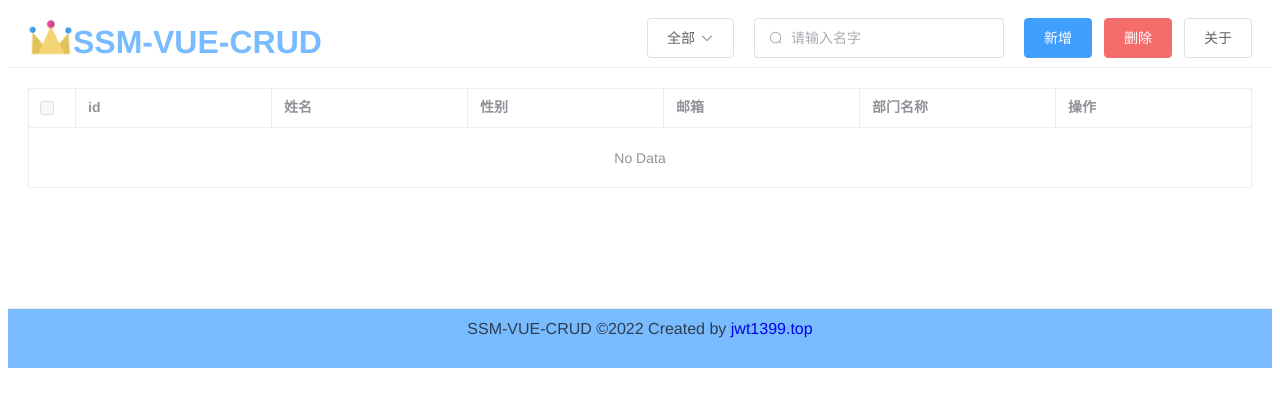
Repository: jwt1399/ssm-vue-crud
Page: / (app in ssm-crud-front/)
An editor plug-in stored every save of this project. The page is shown before and after the next save, followed by the edit.
The browser window is 1280 px wide. The pictures show the whole page.
The project was rebuilt for these pictures with package versions that can differ from the ones it lists, and the page was loaded fresh each time. Also part of the build but not shown: ssm-crud-front/vue.config.js.

Above is the page before, as saved 2022-06-09 12:50:42.

### ssm-crud-front/public/index.html
<!DOCTYPE html>
<html lang="zh-Hans">
  <head>
    <meta charset="utf-8">
    <meta http-equiv="X-UA-Compatible" content="IE=edge">
    <meta name="viewport" content="width=device-width,initial-scale=1.0">
    <link rel="icon" href="<%= BASE_URL %>favicon.png">
    <title><%= htmlWebpackPlugin.options.title %></title>
  </head>
  <body>
    <noscript>
      <strong>We're sorry but <%= htmlWebpackPlugin.options.title %> doesn't work properly without JavaScript enabled. Please enable it to continue.</strong>
    </noscript>
    <div id="app"></div>
    <!-- built files will be auto injected -->
  </body>
</html>

### ssm-crud-front/src/main.js
import { createApp } from 'vue'
import App from './App.vue'
import router from './router'
import ElementPlus from 'element-plus'
import 'element-plus/dist/index.css'
import * as ElementPlusIconsVue from '@element-plus/icons-vue'

const app = createApp(App)

//配置全局icon
for (const [key, component] of Object.entries(ElementPlusIconsVue)) {
    app.component(key, component)
  }

app.use(router).use(ElementPlus).mount('#app')

### ssm-crud-front/src/App.vue
<template>
  <Header/>
  <router-view/>
  <Footer/>
</template>

<script>
import Header from '@/components/Header.vue'
import Footer from '@/components/Footer.vue'
export default {
    components: {
        Header,
        Footer,
    }
}
</script>

<style>
#app {
  font-family: Avenir, Helvetica, Arial, sans-serif;
  -webkit-font-smoothing: antialiased;
  -moz-osx-font-smoothing: grayscale;
  text-align: center;
  color: #2c3e50;
}
</style>

### ssm-crud-front/src/router/index.js
import { createRouter, createWebHashHistory } from 'vue-router'
import CrudView from '../views/CrudView.vue'
const routes = [
  {
    path: '/',
    name: 'home',
    component: CrudView
  },
  {
    path: '/about',
    name: 'about',
    // route level code-splitting
    // this generates a separate chunk (about.[hash].js) for this route
    // which is lazy-loaded when the route is visited.
    component: () => import(/* webpackChunkName: "about" */ '../views/AboutView.vue')
  }
]

const router = createRouter({
  history: createWebHashHistory(),
  routes
})

export default router

### ssm-crud-front/src/components/Header.vue
<template>
 <el-header class="header">
    <div class="nav">
        <a href="/" class="nav-link">
            <img src="../assets/favicon.png" alt="logo" class="nav-logo">
            <h1 class="nav-title ">SSM-VUE-CRUD</h1>
        </a>
    </div>
    <div class="nav-item">
        <el-dropdown>
            <el-button size="large">
                全部
                <el-icon class="el-icon--right">
                    <arrow-down />
                </el-icon>
            </el-button>
            <template #dropdown>
                <el-dropdown-menu>
                    <el-dropdown-item>Action 1</el-dropdown-item>
                    <el-dropdown-item>Action 2</el-dropdown-item>
                </el-dropdown-menu>
            </template>
        </el-dropdown>

        <div class="nav-search">
            <el-input
            placeholder="请输入名字"
            v-model="search"
            size="large"
            @change="searchChange"
            clearable >
                <template #prefix>
                    <el-icon class="el-input__icon"><search /></el-icon>
                </template>
            </el-input>

        </div>
        <el-button type="primary" size="large" @click="addEmployee()">新增</el-button>
        <el-button type="danger" size="large" @click="batchDeleteEmployee()">删除</el-button>
        <!-- <router-link to='/about'> -->
        <el-button type="default" size="large" @click="skipAbout()">关于</el-button>
        <!-- </router-link> -->
    </div>
</el-header>
</template>

<script>
import { useRouter } from 'vue-router'

export default {
    name: 'Header',
    setup() {
        const router = useRouter()
        const skipAbout = ()=>{
        // window.location.href='#/about';
        // router.push({path:'about'})
        router.push({ name: 'about'})
        }
        return {
            skipAbout,
        }
    },

}


</script>



<style scoped>
.nav-logo {
	height: 45px;
	width: 45px;
	vertical-align: middle;
	display: inline-block;
}

.nav-title {
	font-size: 2rem;
	display: inline-block;
	vertical-align: middle;
	color: #79bbff;
	padding-top: 10px;
}

.nav-item {
	display: flex;
	align-items: center;
}

.nav-search {
	width: 250px;
	margin: 0 20px;
}

.header {
	display: flex;
	align-items: center;
	justify-content: space-between;
	width: 100%;
	border-bottom: 1px solid #eee;
	min-width: 800px;
}



</style>

### ssm-crud-front/src/components/Footer.vue
<template>
<el-footer class="footer">
    <span>SSM-VUE-CRUD ©2022 Created by </span>
    <a href="https://jwt1399.top" style="text-decoration: none;"> jwt1399.top</a>
 </el-footer>
</template>


<script>
export default{
    name:'Footer',
}
</script>

 <style scoped>
.footer {
    text-align: center;
    position: relative;
     margin-top: 60px; /*等于footer的高度 */
    height: 60px;
    background: #79bbff;
    border-top:1px solid #E7E7E7;
    line-height: 40px;


}

</style>

### ssm-crud-front/src/views/CrudView.vue
<template>
    <Form/>
</template>


<script>
import Form from '@/components/Form.vue'
export default {
    name: 'CrudView',
    components: {
        Form,
    }
}
</script>

### ssm-crud-front/src/components/Form.vue
  <template>
    <el-main>
        <div class="data-table">
            <el-table :data="employeeList" border style="width: 100%" v-loading="loading"
                @selection-change="handleSelectionChange">
                <el-table-column type="selection"></el-table-column>
                <el-table-column prop="empId" label="id"></el-table-column>
                <el-table-column prop="empName" label="姓名"></el-table-column>
                <el-table-column prop="gender" label="性别" :formatter="formatterSex"></el-table-column>
                <el-table-column prop="email" label="邮箱"></el-table-column>
                <el-table-column prop="department.deptName" label="部门名称"></el-table-column>

                <el-table-column label="操作">
                    <el-button type="primary" size="large" :icon="Edit" @click="handleEdit(scope.$index, scope.row)"
                        circle>
                    </el-button>

                    <el-button type="danger" size="large" :icon="Delete" @click="handleDelete(scope.$index, scope.row)"
                        circle>
                    </el-button>
                </el-table-column>
            </el-table>
        </div>
        <div class="table-pagination">
            <el-pagination v-model:current-page="pageNum" v-model:page-size="pageSize" :page-sizes="[5, 10, 15, 20]"
                :small="small" :disabled="disabled" :background="background"
                layout="total, sizes, prev, pager, next, jumper" :total="total" @size-change="handleSizeChange"
                @current-change="handleCurrentChange" />
        </div>
    </el-main>

</template>

<script>
export default {
    name:'Form'
}
</script>



<style scoped>
.table-pagination {
	display: flex;
	justify-content: center;
	padding: 20px;
}

</style>

After the next save:
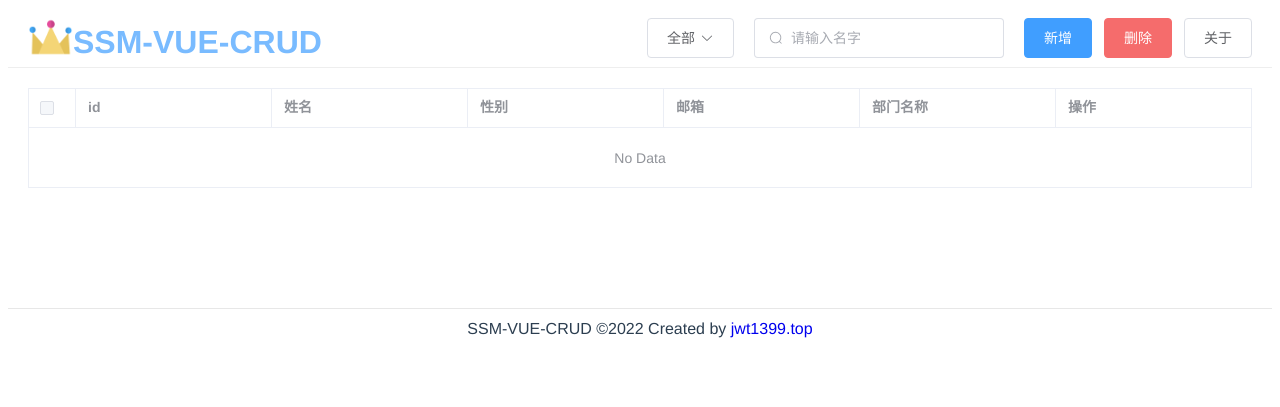
Saved 10 s later.
--- a/ssm-crud-front/src/components/Footer.vue
+++ b/ssm-crud-front/src/components/Footer.vue
@@ -18,7 +18,7 @@ export default{
     position: relative;
      margin-top: 60px; /*等于footer的高度 */
     height: 60px;
-    background: #79bbff;
+    /* background: #79bbff; */
     border-top:1px solid #E7E7E7;
     line-height: 40px;
 
